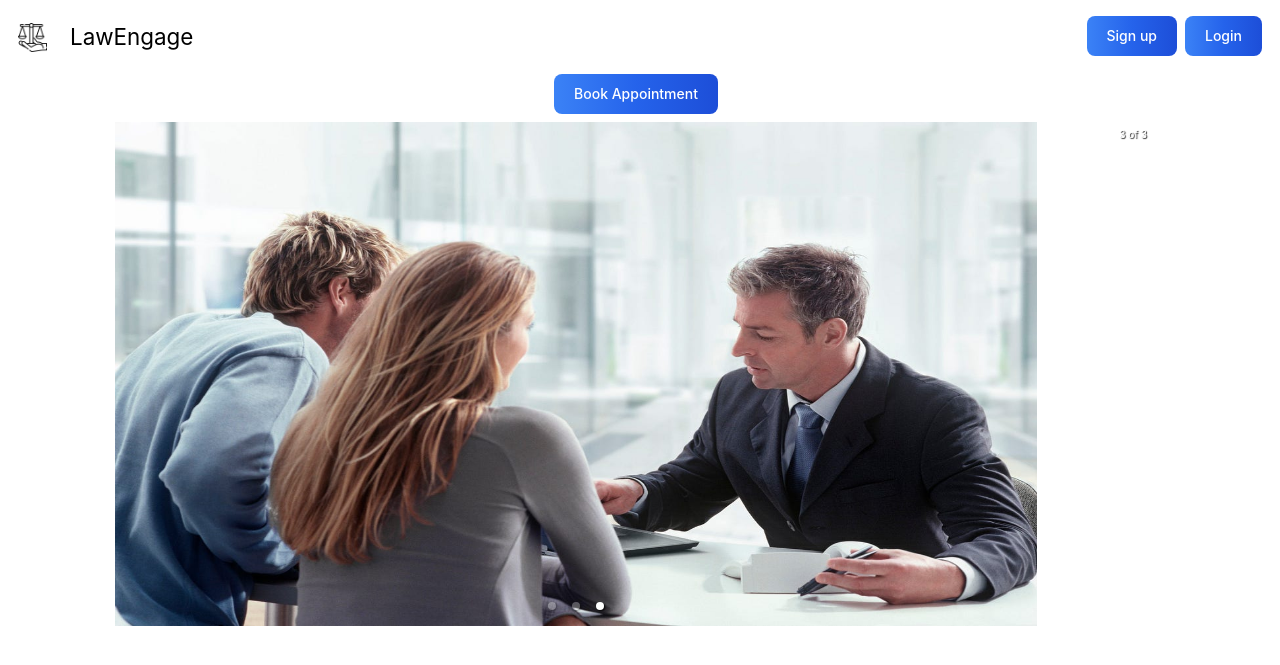
Repository: khushijain8/Lawyer-appointment-application
Page: / (app in frontend/)
These files come from the project's save history. The page is drawn as it stood at one moment and after the next save; the edit follows.
The browser window is 1280 px wide. The pictures show the whole page.
The project was rebuilt for these pictures with package versions that can differ from the ones it lists, and the page was loaded fresh each time. Also part of the build but not shown: frontend/src/App.css, frontend/src/components/Signup/Signup.css, frontend/src/components/Signup/Signup.jsx, frontend/src/components/Login/Login.css, frontend/src/components/Login/Login.jsx, frontend/src/components/LawyerContainer/LawyerContainer.css, frontend/src/components/LawyerContainer/LawyerContainer.jsx, frontend/src/components/Book/Book.jsx and 4 more.

Above is the page before, as saved 2025-01-23 02:51:33.

### frontend/src/index.js
import React from 'react';
import ReactDOM from 'react-dom/client';
import './index.css';
import App from './App';
import reportWebVitals from './reportWebVitals';
import {BrowserRouter} from 'react-router-dom';
import {Provider} from 'react-redux';
import {store} from './redux/store';
const root = ReactDOM.createRoot(document.getElementById('root'));
root.render(
  <React.StrictMode>
    <Provider store={store}>
     <BrowserRouter>
      <App />
    </BrowserRouter>
    </Provider>
  </React.StrictMode>
);

// If you want to start measuring performance in your app, pass a function
// to log results (for example: reportWebVitals(console.log))
// or send to an analytics endpoint. Learn more: https://bit.ly/CRA-vitals
reportWebVitals();

### frontend/src/App.js
import './App.css';

import {Route,Routes} from 'react-router-dom';
import Signup from './components/Signup/Signup';
import {Login} from './components/Login/Login';
import Navbar from './components/Navbar/Navbar';
import Book from './components/Book/Book';
import Admin from './components/Admin/Admin'
import FrontPage from './components/FrontPage/FrontPage';
function App() {
  return (
    <>
      <Navbar></Navbar>
      <Routes>
        <Route path='/signup' element={<Signup/>}/>
        <Route path='/login' element={<Login/>}/>
        <Route path='/book' element={<Book/>}/>
        <Route path='/' element={<FrontPage/>}/>
        <Route path='/admin' element={<Admin/>}/>
      </Routes>

    </>
  );
}

export default App;

### frontend/src/redux/store.js
import {configureStore} from '@reduxjs/toolkit'
import LawyerReducer from './Lawyer/lawyerSlice'

export const store=configureStore({
    reducer:{
        lawyer:LawyerReducer
    },
})

### frontend/src/components/Navbar/Navbar.jsx
import React from 'react'
import lawlogo from '../../assets/law.png';
import './Navbar.css';
import {useNavigate} from 'react-router-dom';
function Navbar() {
    const navigate=useNavigate()
  return (
    <>
        <div className='navbar flex-col sm:flex-row '>
            <div className="left-nav">
                <img className = "logo px-2 py-2" src={lawlogo} alt="logo"></img>
                <span className="heading">LawEngage</span>
            </div>
            <div className='right-nav flex justify-center items-center md:order-2'>
                <button class="text-white bg-gradient-to-r from-blue-500 via-blue-600 to-blue-700 hover:bg-gradient-to-br focus:ring-4 focus:outline-none focus:ring-blue-300 dark:focus:ring-blue-800 font-medium rounded-lg text-sm px-5 py-2.5 text-center me-2 mb-2"onClick={()=>navigate('/signup')}>Sign up</button>
                <button class="text-white bg-gradient-to-r from-blue-500 via-blue-600 to-blue-700 hover:bg-gradient-to-br focus:ring-4 focus:outline-none focus:ring-blue-300 dark:focus:ring-blue-800 font-medium rounded-lg text-sm px-5 py-2.5 text-center me-2 mb-2" onClick={()=>navigate('/login')}>Login</button>
            </div>
        </div>
        <div className='mid-nav flex justify-center items-center  '>
        <button class="text-white bg-gradient-to-r from-blue-500 via-blue-600 to-blue-700 hover:bg-gradient-to-br focus:ring-4 focus:outline-none focus:ring-blue-300 dark:focus:ring-blue-800 font-medium rounded-lg text-sm px-5 py-2.5 text-center me-2 mb-2"onClick={()=>navigate('/book')}>Book Appointment</button>
    </div>
    </>
  )
}

export default Navbar

### frontend/src/components/FrontPage/FrontPage.jsx
import React from 'react';
import './FrontPage.css';
import { Box} from '@mui/material';
import { Carousel } from 'react-responsive-carousel';
import "react-responsive-carousel/lib/styles/carousel.min.css";
import slide1 from '../../assets/expertise-2.jpg'
import slide2 from '../../assets/legal-consultancy-services.jpg';
import slide3 from '../../assets/law2.jpg';
function FrontPage() {
    return (
      <Box sx={{ display:'flex',justifyContent:'center',alignItems:'center', width:'90%' }}>
        <Carousel autoPlay infiniteLoop interval={2000} showArrows={true}
          showThumbs={false} dynamicHeight={false} transitionTime={500} >
          <div>
            <img src={slide1} alt="Slide 1" style={{ width: '80%', height: '70vh' }} />
          </div>
          <div>
            <img src={slide2} alt="Slide 2" style={{ width: '80%', height: '70vh'}} />
          </div>
          <div>
            <img src={slide3} alt="Slide 3" style={{ width: '80%', height: '70vh', }} />
          </div>
        </Carousel>
      </Box>
    );
  }

  export default FrontPage;

### frontend/src/redux/Lawyer/lawyerSlice.js
import { createAsyncThunk,createSlice} from "@reduxjs/toolkit"
import axios from 'axios';
const initialState={
    loading:false,
    lawyers:[],
    error:'',
    selectedSlot: {
        lawyerId: null,
        slotIndex: null,
    },
}

export const fetchLawyers=createAsyncThunk('Lawyer/fetchLawyers',()=>{
    return axios
    .get("https://lawyer-appointment-application.vercel.app/lawyers")
        .then((response) => {
            console.log("API Response:", response.data);
            return response.data;
        })
        .catch((error) => {
            console.log("API Error:", error);
            throw error;
        });
})

export const bookSlot = createAsyncThunk("Lawyer/bookSlot", async (_, { getState, rejectWithValue }) => {
    const {selectedSlot}=getState().lawyer;
    const {lawyerId,slotIndex}=selectedSlot;
    if (!lawyerId || slotIndex === null) {
        return rejectWithValue("Invalid slot or lawyerId");
    }
    try {
      const response = await axios.post("https://lawyer-appointment-application.vercel.app/bookSlot", {
        lawyerId,
        slotIndex,
      });

      console.log("Slot booked successfully:", response.data);
      return { lawyerId, slotIndex };
    } catch (error) {
        console.log(lawyerId,slotIndex);
        console.error("Failed to book slot:", error);
        return rejectWithValue(error.response?.data || "Booking failed");
      }
    }
  );



const lawyerSlice=createSlice({
    name:'lawyer',
    initialState,
    reducers: {
        selectSlot:(state,action)=>{
          state.selectedSlot = action.payload;
        }
      },

    extraReducers:builder=>{
        builder.addCase(fetchLawyers.pending,state=>{
            state.loading=true
            console.log("Fetch lawyers faileda");
        })
        builder.addCase(fetchLawyers.fulfilled,(state,action)=>{
            state.loading=false
            state.lawyers=action.payload
            state.error=''
            console.log("Fetch lawyers failedb");
        })
        builder.addCase(fetchLawyers.rejected,(state,action)=>{
            state.loading=false
            state.error=action.error.message
            state.lawyers=[]
            console.log("Fetch lawyers failedc");
        })
        builder.addCase(bookSlot.pending,state=>{
            state.loading=true
            console.log("Fetch lawyers faileda");
        })
        builder.addCase(bookSlot.fulfilled,(state,action)=>{
            state.loading=false
            const {lawyerId,slotIndex}=action.payload;
            const lawyer=state.lawyers.find((l) => l._id === lawyerId);
            if (lawyer) {
              lawyer.availability[slotIndex].isAvailable=false;
            }
        })
        builder.addCase(bookSlot.rejected,(state,action)=>{
            state.loading=false
            state.error=action.error.message
            state.lawyers=[]
            console.log("Fetch lawyers failedc");
        })
    },

})
export const { selectSlot } = lawyerSlice.actions;
export default lawyerSlice.reducer;

### frontend/src/components/Navbar/Navbar.css
.logo{
    width:45px;
    height:45px;
}
.navbar{
    margin:10px;
    display:flex;
    justify-content : space-between;
}
.left-nav{
    display: flex;
    justify-content: start;
    gap:15px;
    align-items:center; /* for heading (lawengage to be at the center of the logo)*/
}
.mid-nav{
    margin-top:6px;
}
.right-nav{
    margin-top:6px;
}
.heading{
    font-size: 1.4rem;
    font-weight: normal;
}

Loaded but not shown: frontend/public/index.html (common file); frontend/src/index.css (common file); frontend/src/reportWebVitals.js (common file); frontend/tailwind.config.js (common file)

After the next save:
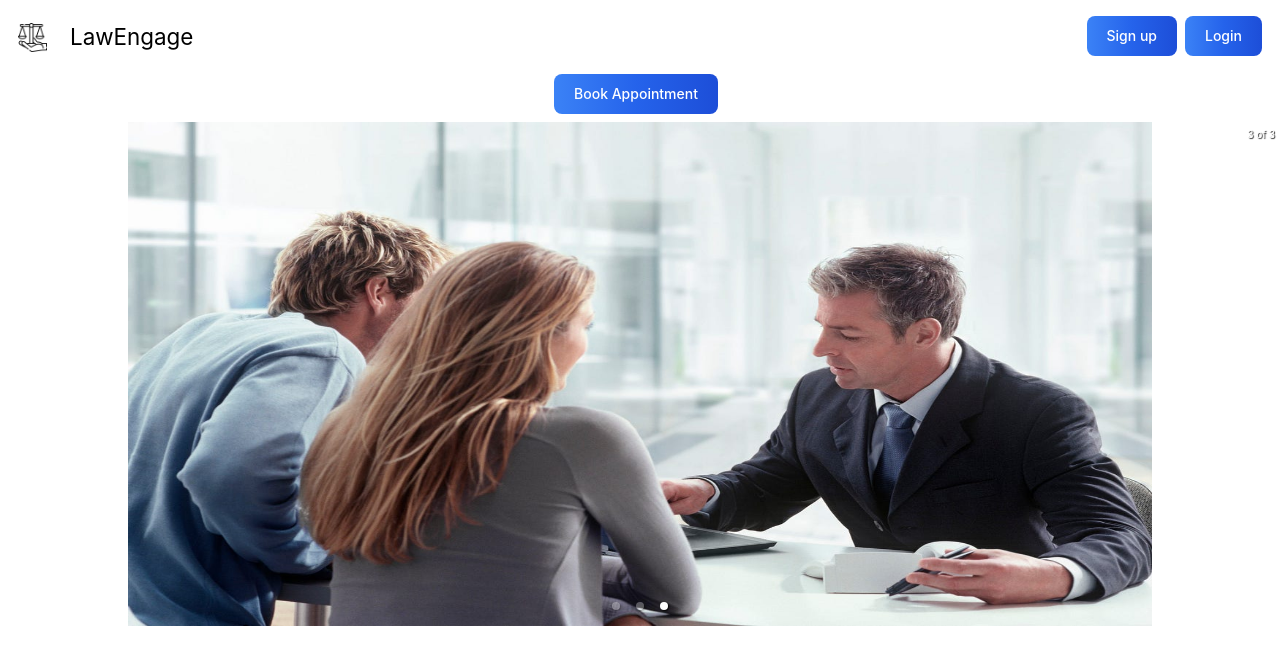
Saved 12 s later.
--- a/frontend/src/components/FrontPage/FrontPage.jsx
+++ b/frontend/src/components/FrontPage/FrontPage.jsx
@@ -8,7 +8,7 @@ import slide2 from '../../assets/legal-consultancy-services.jpg';
 import slide3 from '../../assets/law2.jpg';
 function FrontPage() {
     return (
-      <Box sx={{ display:'flex',justifyContent:'center',alignItems:'center', width:'90%' }}>
+      <Box sx={{ display:'flex',justifyContent:'center',alignItems:'center',}}>
         <Carousel autoPlay infiniteLoop interval={2000} showArrows={true}
           showThumbs={false} dynamicHeight={false} transitionTime={500} >
           <div>
